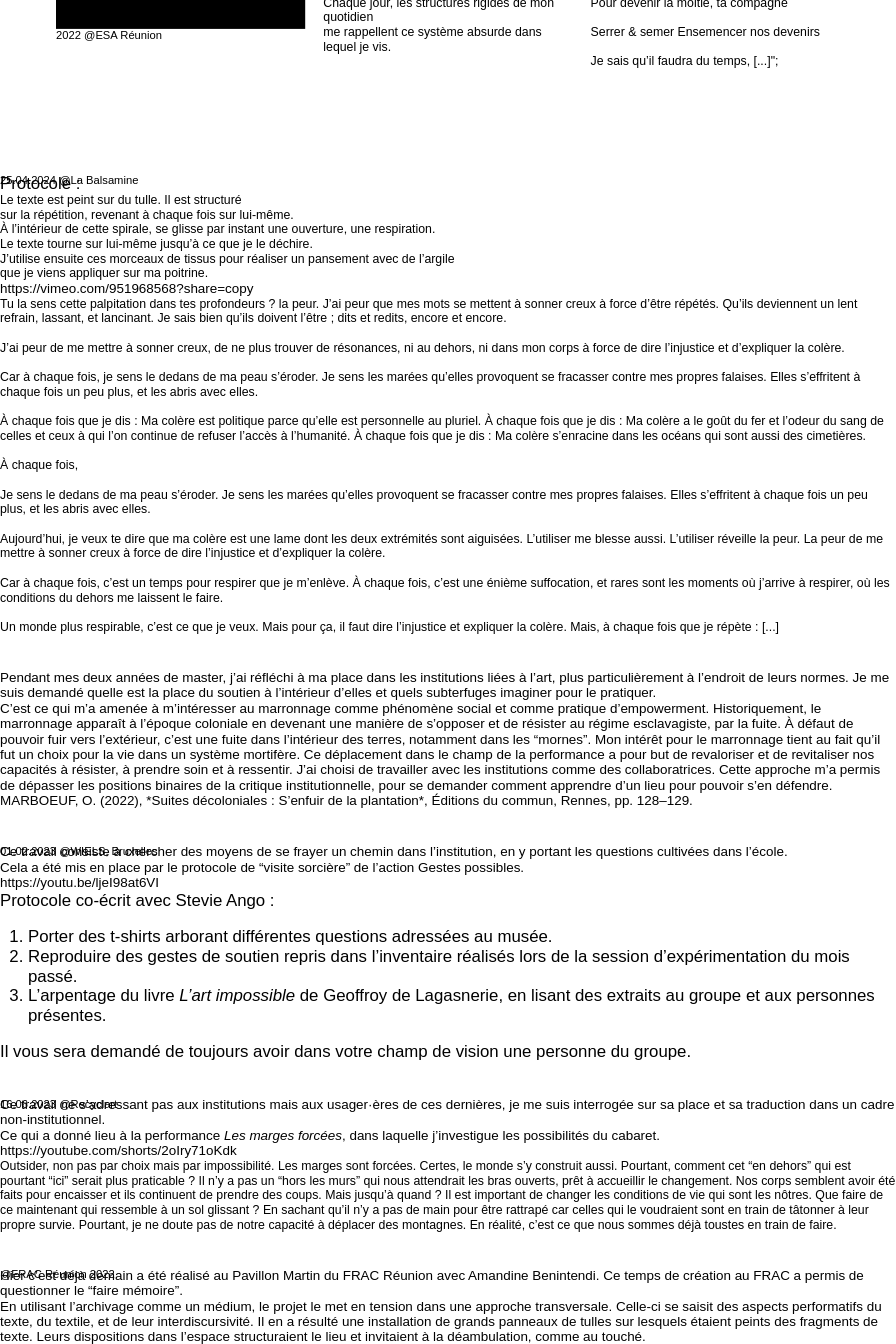
Repository: brunrhb/oce-p
Page: index.html
These files come from the project's save history. The page is drawn as it stood at one moment and after the next save; the edit follows.
The browser window is 1280 px wide. The pictures show the part of the page from y = 1566 to 3486 px (the page is 3938 px tall before and 4077 px after), at 70% of full size.

Above is the page before, as saved 2025-06-09 21:59:47.

### index.html
<!DOCTYPE html>
<html lang="fr">
<head>
  <meta charset="UTF-8">
  <meta name="viewport" content="width=device-width, initial-scale=1.0">
  <title>Grid 3 colonnes avec placeholders</title>
  <link rel="stylesheet" href="styles.css">
  <script defer src="content.js"></script>
</head>
<body>

<div class="allproject">

<section PROJET 1 LIASONS VEGETALES>

  <div class="p1">
    <div class="grid-p1s1" id="partie1">

<div class="col-p1s1-1">
  <div class="media-block-p1s1">
    <div class="placeholder-p1s1"></div>
    <p class="credit" data-content="p1s1-credit1"></p>
  </div>

  <div class="media-block-p1s1">
    <div class="placeholder-p1s1"></div>
    <p class="credit" data-content="p1s1-credit2"></p>
  </div>
</div>

    <div class="col-p1s1-2">
      <div class="media-block-p1s1">
        <div class="placeholder-p1s1"></div>
        <p class="credit" data-content="p1s1-credit3"></p>
      </div>
      <div class="media-block-p1s1">
        <div class="placeholder-p1s1"></div>
        <p class="credit" data-content="p1s1-credit4"></p>
      </div>
    </div>

    <div class="col-p1s1-3">
      <div class="media-block-p1s1">
        <div class="placeholder-p1s1"></div>
        <p class="credit" data-content="p1s1-credit5"></p>
      </div>
     <div class="text-block-p1s1">
       <p class="protocole-titre" data-content="p1s1-protocole-titre"></p>
       <p class="protocole-corps" data-content="p1s1-protocole-corps"></p>
    </div>

  </div>

    </div>
    <div class="grid-p1s2" id="partie2">

  <div class="col-p1s2-1">
    <div class="media-block-p1s2-1">
    <div class="placeholder-p1s1"></div>
      <div class="media-block-p1s2-2">
      <div class="placeholder-p1s1"></div>
      <p class="credit" data-content="p1s2-credit"></p>
    </div>
    </div>
  </div>

  <div class="col-p1s2-2">
      <div class="text-block-p1s2">
        <p class="extrait" data-content="p1s2-extrait1"></p>
      </div>
  </div>

  <div class="col-p1s2-3">
      <div class="text-block-p1s2">
        <p class="extrait" data-content="p1s2-extrait2"></p>
      </div>

  </div>



    </div>
  </div>

</section>

<section PROJET 2 PAENSER>

  <div class="p2">
    <div class="grid-p2">

       <div class="col-p2-1">
        <div class="media-block-p2">
          <div class="placeholder-p2"></div>
          <div class="credit" data-content="p2-credit"></div>
        </div>
        <div class="text-block-p2">
          <div class="protocole-titre" data-content="p2-protocole-titre"> </div>
          <div class="protocole-corps" data-content="p2-protocole-corps"> </div>
          <div class="lien" data-content="p2-lien"> </div>
        </div>
       </div>

       <div class="col-p2-2">
          <div class="extrait" data-content="p2-extrait"></div>
       </div>



    </div>
  </div>

</section>

<section RPOJET 3 DES NORMES AUX MORNES : MARRONNER EN SOI>

  <div class="p3">
    <div class="grid-p3">
      <div class="col-p3-1">
        <div class="text-block-p3-1">
          <div class="intro" data-content="p3-intro"></div>
          <div class="autre-corps" data-content="p3-autre-corps-1"> </div>
          <div class="biblio" data-content="p3-biblio"> </div>
        </div>
      </div>

      <div class="col-p3-2">
        <div class="text-block-p3-2">
          <div class="autre-corps" data-content="p3-autre-corps-1"> </div>
          <div class="media-block-p3">
            <div class="placeholder-p3"></div>
            <div class="placeholder-p3"></div>
          </div>

        </div>
      </div>

    </div>
  </div>



</section>

<section PROJET 4 GESTES POSSIBLEs>

<div class="p4">

<div class="grid-p4">

  <div class="col-p4-1">
    <div class="media-block-p4-1">
      <div class="credit" data-content="p4-credit"></div>
      <div class="placeholder-p4-1"></div>
    </div>
  </div>


  <div class="col-p4-2">
    <div class="placeholder-p4-2"></div>
    <div class="text-block-p4-1">
      <div class="intro" data-content="p4-intro"></div>
      <div class="autre-corps" data-content="p4-autre-corps-1"></div>
      <div class="lien" data-content="p4-lien"></div>
    </div>

  </div>


  <div class="col-p4-3">
    <div class="text-block-p4-2">
      <div class="protocole-titre" data-content="p4-protocole-titre"></div>
    </div>
  </div>

</div>

</div>

</section>

<section PROJET 5 LES MARGES FORCÉES>

  <div class="p5">
    <div class="grid-p5">

      <div class="col-p5-1">
        <div class="media-block-p5">
          <div class="placeholder-p5"></div>
          <div class="credit" data-content="p5-credit"></div>
        </div>
        <div class="text-block-p5-1">
        <div class="intro" data-content="p5-intro"></div>
        <div class="autre-corps" data-content="p5-autre-corps-1"></div>
        <div class="lien" data-content="p5-lien"></div>
        </div>
      </div>

      <div class="col-p5-2">
        <div class="extrait" data-content="p5-extrait"></div>
      </div>

    </div>
  </div>

</section>

<section PROJET 6 HIER C'EST DÉJÀ DEMAIN>

<div class="p6">
<div class="grid-p6">

  <div class="col-p6-1">
    <div class="media-block-p6-1">
      <div class="placeholder-p6-1"></div>
      <div class="credit" data-content="p6-credit-1"></div>
    </div>

    <div class="col-p6-2">
      <div class="autre-corps" data-content="p6-autre-corps-1"></div>
      <div class="text-block-p6-1">
        <div class="autre-corps" data-content="p6-autre-corps-2"></div>
        <div class="media-block-p6-2">
          <div class="placeholder-p6-2"></div>
          <div class="credit" data-content="p6-credit-2"></div>
        </div>
      </div>

    </div>

  </div>

</div>

</div>

</section>

<section PROJET 7 NOUS SOMMES LE PAYSAGE >

<div class="p7">

  <div class="grid-p7s1" id="partie1">

    <div class="col-p7s1">
      <div class="media-block-p7s1">
        <div class="placeholder-p7s1"></div>
        <div class="placeholder-p7s1"></div>
        <div class="placeholder-p7s1"></div>
        <div class="credit" data-content="p7s1-credit"></div>
      </div>

          <div class="col-p7s1">
        <div class="placeholder-p7s1"></div>
        <div class="placeholder-p7s1"></div>
        <div class="placeholder-p7s1"></div>
    </div>

              <div class="col-p7s1">
        <div class="placeholder-p7s1"></div>
        <div class="placeholder-p7s1"></div>
        <div class="placeholder-p7s1"></div>
    </div>

    <div class="grid-p7s2" id="partie2">

      <div class="row-p7s2-1">
        <div class="placeholder-p7s2"></div>
        <div class="placeholder-p7s2"></div>
        <div class="placeholder-p7s2"></div>
        <div class="media-block-p7s2">
          <div class="placeholder-p7s2"></div>
          <div class="credit" data-content="p7s2-credit-1"></div>
        </div>

      <div class="row-p7s2-2">
        <div class="text-block-p7s2-1">
          <div class="extrait" data-content="p7s2-extrait1"></div>
          <div class="credit" data-content="p7s2-credit-2"></div>
        </div>
        <div class="text-block-p7s2-2">
          <div class="extrait" data-content="p7s2-extrait2"></div>
        </div>
        <div class="text-block-p7s2-3">
          <div class="trait"></div>
          <div class="protocole-titre" data-content="p7s2-protocole-titre"></div>
          <div class="protocole-corps" data-content="p7s2-protocole-corps"></div>
        </div>
      </div>


      </div>
    </div>

  </div>

</div>

</section>

<section PROJET 8 NYAZE>

<div class="p8">

<div class="grid-p8">

  <div class="col-p8-1">
    <div class="text-block-p8">
      <div class="extrait" data-content="p8-extrait"></div>
      <div class="trait"></div>
      <div class="protocole-titre" data-content="p8-protocole-titre"></div>
      <div class="protocole-corps" data-content="p8-protocole-corps"></div>
    </div>
  </div>

  <div class="col-p8-2">
    <div class="media-block-p8">
      <div class="placeholder-p8"></div>
      <div class="credit" data-content="p8-credit"></div>
    </div>
  </div>

</div>

</div>

</section>

 </div>

</body>
</html>

### styles.css
body {
  margin: 0;
  font-family: sans-serif;
  font-size: clamp(0.9rem, 1.5vw, 1.2rem);
}

.allproject {
  display: flex;
  flex-direction: column;
  justify-content: flex-start;
  gap: 4vw;
}


/* #region PROJET1 LIASONS VEGETALES */
.p1 {
  display: flex;
  flex-direction: column;
  justify-content: flex-start;
  gap: 4vw;
}


/* #region slide1 */

/* 1 grille et colonnes */
.grid-p1s1 {
  display: grid;
  grid-template-columns: 1fr 1fr 1fr;
  padding-top: 5rem;
  padding-left: 5rem;
  padding-right: 5rem;
  column-gap: 2vw;
}

.col-p1s1-1 {
  display: flex;
  flex-direction: column;
  justify-content: flex-start;
  gap: 2vw;
  background-color: crimson;
}

.col-p1s1-2 {
  display: flex;
  flex-direction: column;
  justify-content: flex-start;
  gap: 2vw;
  background-color: royalblue;
}

.col-p1s1-3 {
  display: flex;
  flex-direction: column;
  justify-content: flex-start;
  gap: 2vw;
  background-color: seagreen;
}


/* 2 blocks et elements */
.media-block-p1s1 {
  display: block;
  width: 100%;
}

.placeholder-p1s1 {
  aspect-ratio: 1 / 1;
  width: 100%;
  background-color: black;
}

.credit {
  position: absolute;
  font-size: 1rem;
  line-height: 1.2;
  margin: 0;
  z-index: 10;
}

.text-block-p1s1 {
  display: flex;
  flex-direction: column;
  justify-content: flex-end;
  width: 100%;
  aspect-ratio: 1 / 1;
  background-color: white;
  padding: 0;
  margin: 0;
  gap: 0;
}

.protocole-titre {
  font-size: 1.5rem;
  margin: 0;
  padding: 0;
}

.protocole-corps {
  font-size: 1.1rem;
  margin: 0;
  padding: 0;
}

/* #endregion */


/* #region slide2 */

/* 1 grille et colonnes */
.grid-p1s2 {
  display: grid;
  grid-template-columns: 1fr 1fr 1fr;
  padding-bottom: 5rem;
  padding-left: 5rem;
  padding-right: 5rem;
  column-gap: 2vw;
}

.col-p1s2-1 {
  display: flex;
  flex-direction: column;
  justify-content: flex-start;
  gap: 20vw;
}

.col-p1s2-2 {
  display: flex;
}

.col-p1s2-3 {
  display: flex;
}


/* 2 blocks et elements */
.media-block-p1s2-1 {
  display: flex;
  flex-direction: column;
  gap: 2vw;
  position: relative;
  width: 100%;
}

.media-block-p1s2-2 {
  display: block;
  position: relative;
  width: 100%;
}

.text-block-p1s2 {
  gap: 0;
}

.extrait {
  font-size: 1.1rem;
}

/* #endregion */

/* #endregion */


/* #region P2 PAENSER */


.p2 {
  display: flex;
  flex-direction: column;
  justify-content: flex-start;
}

/* 1 grille et colonnes */
.grid-p2 {
}
.col-p2-1 {
}
.col-p2-2 {
}

/* 2 blocks et elements */
.media-block-p2 {
}
.placeholder-p2 {
}
.credit {
}
.text-block-p2 {
}
.protocole-titre {
}
.protocole-corps {
}
.lien {
}
.extrait {
}

/* #endregion */


/* #region P3 */

/* 1 grille et colonnes */
.grid-p3 {
}
.col-p3-1 {
}
.col-p3-2 {
}

/* 2 blocks et elements */
.text-block-p3-1 {
}
.text-block-p3-2 {
}
.intro {
}
.autre-corps {
}
.biblio {
}
.media-block-p3 {
}
.placeholder-p3 {
}

/* #endregion */


/* #region P4 */

/* 1 grille et colonnes */
.grid-p4 {
}
.col-p4-1 {
}
.col-p4-2 {
}
.col-p4-3 {
}

/* 2 blocks et elements */
.media-block-p4-1 {
}
.placeholder-p4-1 {
}
.placeholder-p4-2 {
}
.credit {
}
.text-block-p4-1 {
}
.intro {
}
.autre-corps {
}
.lien {
}
.text-block-p4-2 {
}
.protocole-titre {
}

/* #endregion */


/* #region P5 */

/* 1 grille et colonnes */
.grid-p5 {
}
.col-p5-1 {
}
.col-p5-2 {
}

/* 2 blocks et elements */
.media-block-p5 {
}
.placeholder-p5 {
}
.credit {
}
.text-block-p5-1 {
}
.intro {
}
.autre-corps {
}
.lien {
}
.extrait {
}

/* #endregion */


/* #region P6 */

/* 1 grille et colonnes */
.grid-p6 {
}
.col-p6-1 {
}
.col-p6-2 {
}

/* 2 blocks et elements */
.media-block-p6-1 {
}
.placeholder-p6-1 {
}
.credit {
}
.autre-corps {
}
.text-block-p6-1 {
}
.media-block-p6-2 {
}
.placeholder-p6-2 {
}

/* #endregion */

/* #region P7 */
/* #region P7S1 */

/* 1 grille et colonnes */
.grid-p7s1 {
}
.col-p7s1 {
}

/* 2 blocks et elements */
.media-block-p7s1 {
}
.placeholder-p7s1 {
}
.credit {
}

/* #endregion */


/* #region P7S2 */

/* 1 grille et colonnes */
.grid-p7s2 {
}
.row-p7s2-1 {
}
.row-p7s2-2 {
}

/* 2 blocks et elements */
.placeholder-p7s2 {
}
.media-block-p7s2 {
}
.credit {
}
.text-block-p7s2-1 {
}
.extrait {
}
.text-block-p7s2-2 {
}
.text-block-p7s2-3 {
}
.trait {
}
.protocole-titre {
}
.protocole-corps {
}

/* #endregion */
/* #endregion */


/* #region P8 */

/* 1 grille et colonnes */
.grid-p8 {
}
.col-p8-1 {
}
.col-p8-2 {
}

/* 2 blocks et elements */
.text-block-p8 {
}
.extrait {
}
.trait {
}
.protocole-titre {
}
.protocole-corps {
}
.media-block-p8 {
}
.placeholder-p8 {
}
.credit {
}

/* #endregion */

Loaded but not shown: content.js (183 lines, source omitted)

After the next save:
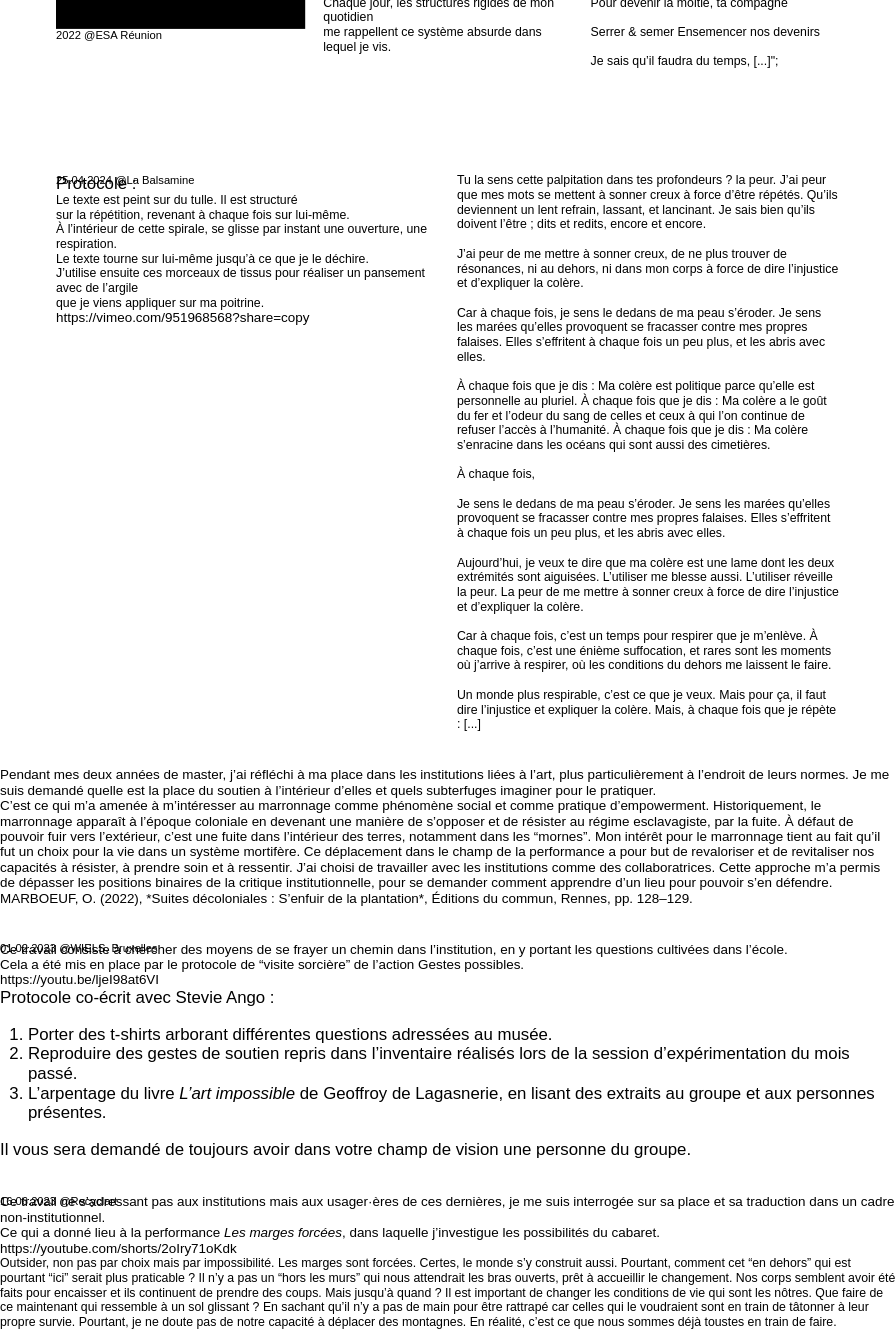
Saved 41 s later.
--- a/styles.css
+++ b/styles.css
@@ -172,6 +172,11 @@ body {
 
 /* 1 grille et colonnes */
 .grid-p2 {
+  display: grid;
+  grid-template-columns: 1fr 1fr;
+  padding-left: 5rem;
+  padding-right: 5rem;
+  column-gap: 2vw;
 }
 .col-p2-1 {
 }
